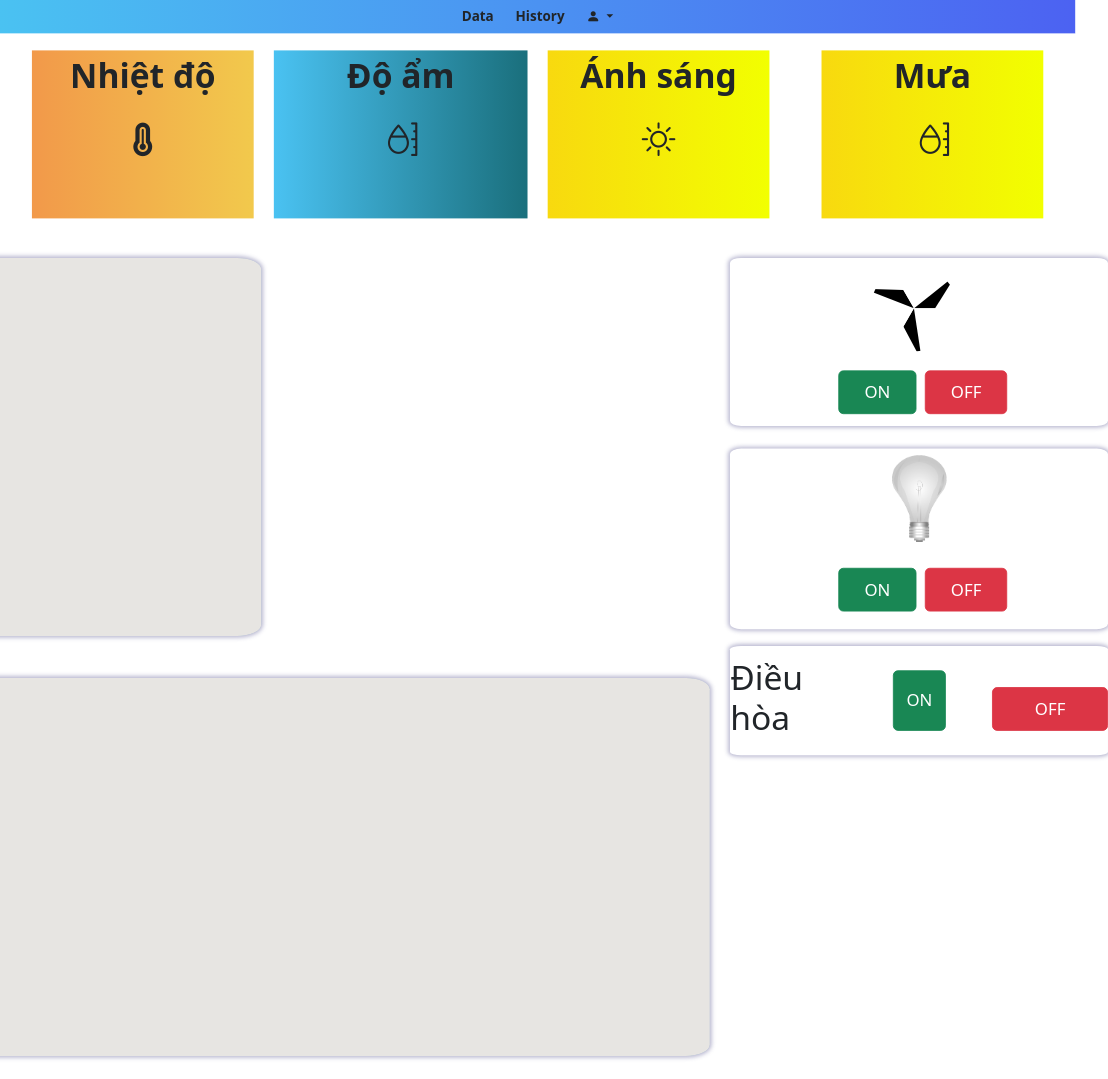
Repository: ndmq03102002/BTL_IOT
Page: Fontend_IOT/iot/index.html
The author's editor kept a copy of each file at every save. The page is drawn from the files as they stood at one save, then again after the next save.
The browser window is 1280 px wide. The page is 1319 px wide, so the pictures cover 1319 px, including what lies to the right of the window. The pictures show the whole page, at 84% of full size.
The page's requests for data from a server got no answer. Some web libraries are served in a nearby version.

Above is the page before, as saved 2023-09-25 00:13:58.

After the next save:
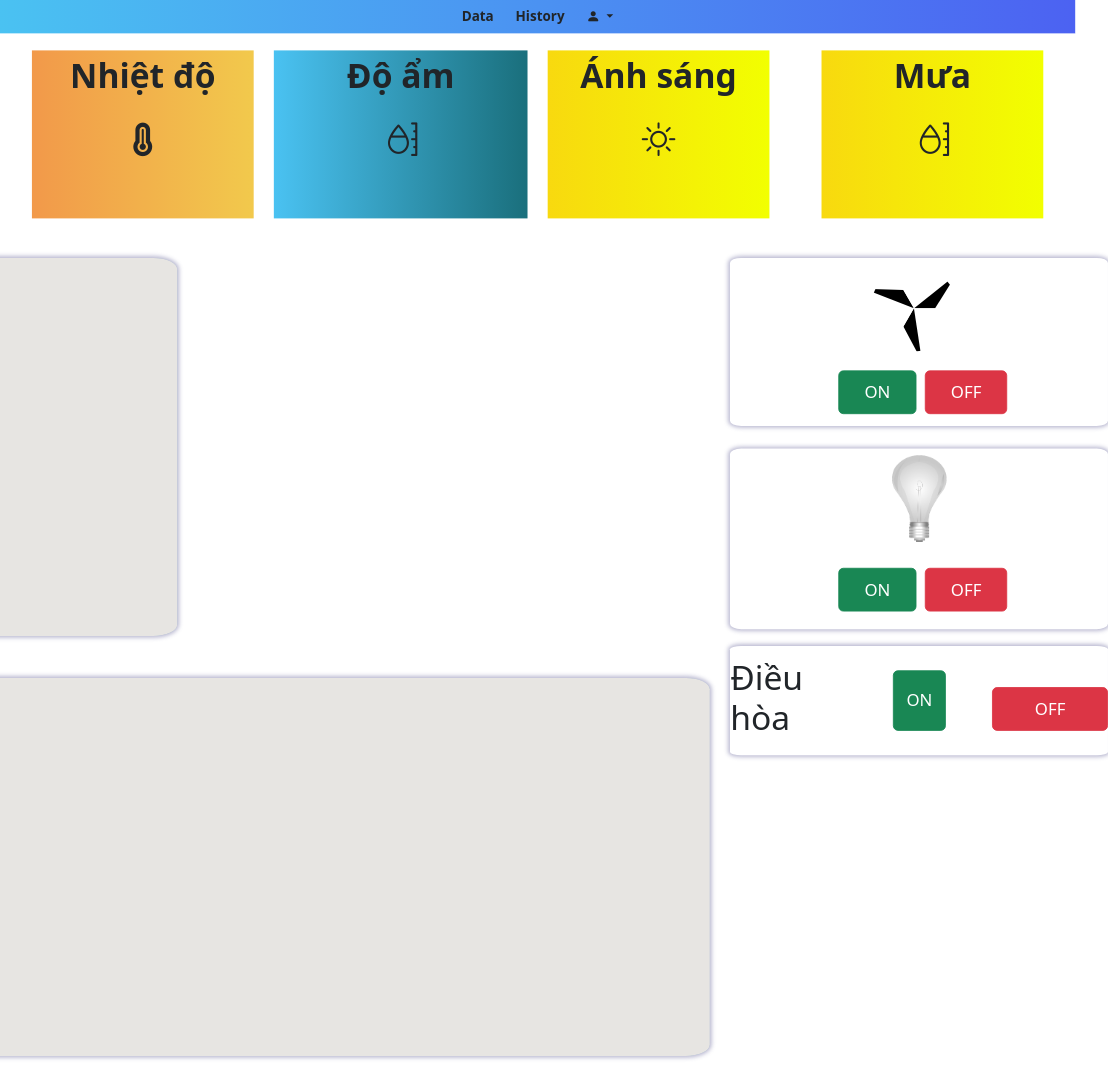
Saved 9 s later.
--- a/Fontend_IOT/iot/index.html
+++ b/Fontend_IOT/iot/index.html
@@ -60,7 +60,7 @@
                 </div>
             </div>
             <div class="col-sm-4 " >
-                <div class="block" style="height: 450px;width: 950px; float:right; margin-right:100px">
+                <div class="block" style="height: 450px;width: 950px; float:right; margin-right:200px">
                     <canvas id="myChart" style="border-radius: 3%; width:100%;height: 100%;background-color: rgb(231, 229, 226);"></canvas>
                 </div>
             </div>
